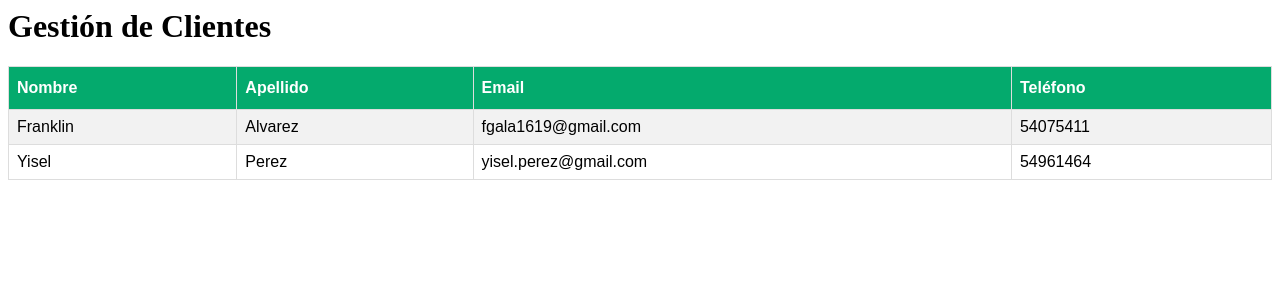
Repository: fgala1619/frontSistGestionBank
Page: index.html
These files come from the project's save history. The page is drawn as it stood at one moment and after the next save; the edit follows.
The browser window is 1280 px wide. The pictures show the whole page.

Above is the page before, as saved 2023-07-08 22:20:11.

### index.html
<h1>Gestión de Clientes</h1>

<table id="customers">
    <tr>
        <th>Nombre</th>
        <th>Apellido</th>
        <th>Email</th>
        <th>Teléfono</th>
    </tr>

    <tr>
        <td>Franklin</td>
        <td>Alvarez</td>
        <td>fgala1619@gmail.com</td>
        <td>54075411</td>
    </tr>

    <tr>
        <td>Yisel</td>
        <td>Perez</td>
        <td>yisel.perez@gmail.com</td>
        <td>54961464</td>
    </tr>
</table>

<style>
    #customers {
        font-family: Arial, Helvetica, sans-serif;
        border-collapse: collapse;
        width: 100%;
    }

    #customers td, #customers th {
        border: 1px solid #ddd;
        padding: 8px;
    }

    #customers tr:nth-child(even){background-color: #f2f2f2;}
    #customers tr:hover{background-color:#ddd;}

    #customers th{
        padding-top: 12px;
        padding-bottom: 12px;
        text-align: left;
        background-color: #04AA6D;
        color: white;
    }
</style>

After the next save:
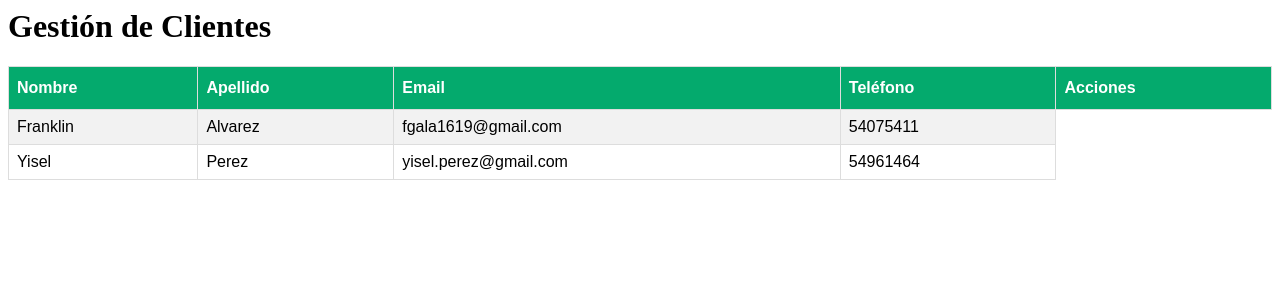
Saved 102 s later.
--- a/index.html
+++ b/index.html
@@ -6,6 +6,7 @@
         <th>Apellido</th>
         <th>Email</th>
         <th>Teléfono</th>
+        <th>Acciones</th>
     </tr>
 
     <tr>
